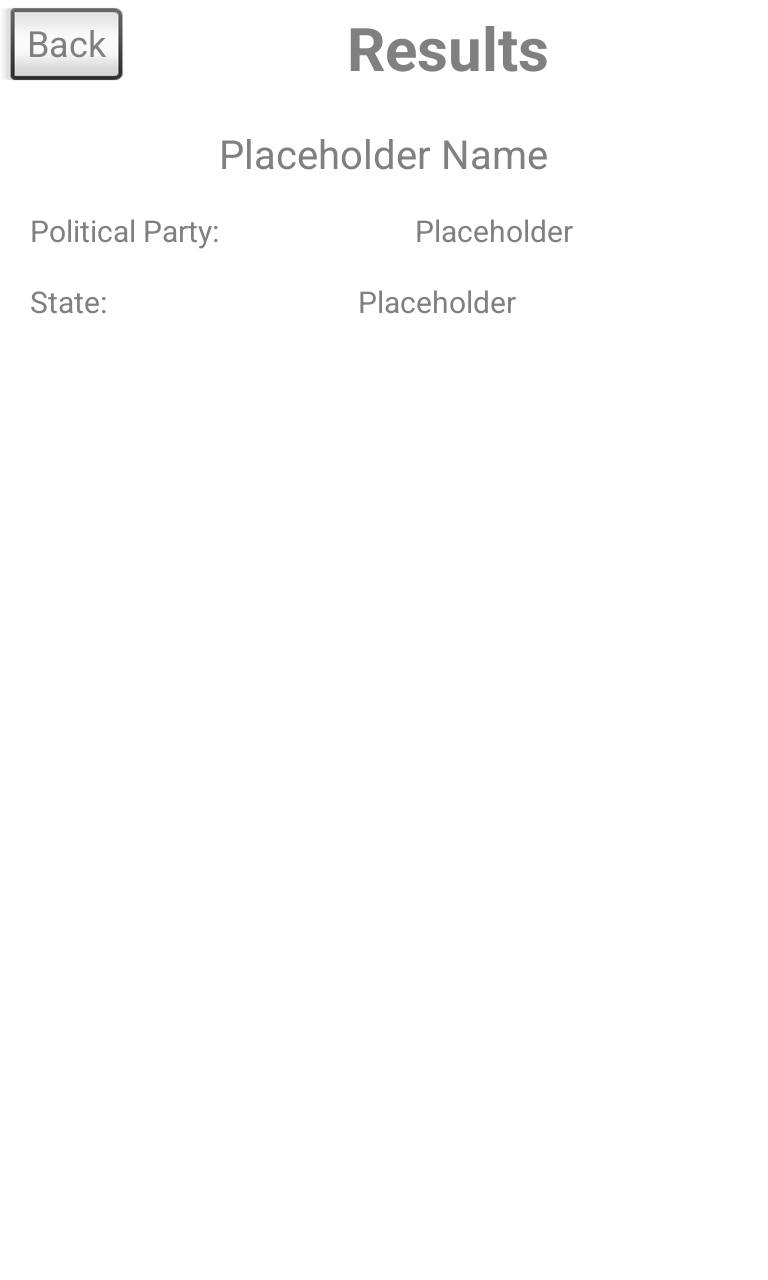
Repository: scottcaruso/Java_I_1307_Week4
Layout: myGov/res/layout/politician_display.xml
An editor plug-in stored every save of this project. The layout is shown before and after the next save, followed by the edit.
It is drawn on a 768 x 1280 px phone screen (xhdpi) without system bars, with theme AppTheme; the app's code is not run.

Above is the layout before, as saved 2013-08-01 21:12:06.

### myGov/res/layout/politician_display.xml
<?xml version="1.0" encoding="utf-8"?>
<LinearLayout xmlns:android="http://schemas.android.com/apk/res/android"
    android:layout_width="match_parent"
    android:layout_height="match_parent"
    android:orientation="vertical" >


    <LinearLayout
        android:layout_width="match_parent"
        android:layout_height="wrap_content"
        android:orientation="horizontal">
	    <Button
	        android:id="@+id/back"
	        style="@android:style/Widget.Holo.Button.Inset"
	        android:layout_width="wrap_content"
	        android:layout_height="wrap_content"
	        android:hint="@string/back" />

	    <TextView
	        android:id="@+id/foundpoliticians"
	        android:layout_width="match_parent"
	        android:layout_height="wrap_content"
	        android:layout_gravity="center"
	        android:gravity="center"
	        android:hint="@string/results"
	        android:textStyle="bold"
	        android:textSize="30sp" />

    </LinearLayout>

        <TextView
            android:id="@+id/politicianName"
            android:layout_width="wrap_content"
            android:layout_height="wrap_content"
            android:layout_gravity="center_horizontal"
            android:layout_marginTop="15dp"
            android:gravity="center"
            android:hint="@string/politician_name"
            android:textSize="20sp" />

     <LinearLayout
         android:id="@+id/partyLayout"
         android:layout_width="match_parent"
         android:layout_height="wrap_content"
         android:layout_marginTop="15dp"
         android:orientation="horizontal" >

         <TextView
             android:id="@+id/partylabel"
             android:layout_width="wrap_content"
             android:layout_height="wrap_content"
             android:layout_marginLeft="15dp"
             android:hint="@string/political_party_"
             android:textSize="15sp" />

         <TextView
             android:id="@+id/partytext"
             android:layout_width="match_parent"
             android:layout_height="wrap_content"
             android:layout_gravity="center"
	         android:gravity="center"
             android:hint="@string/placeholder"
             android:textSize="15sp" />
     </LinearLayout>

     <LinearLayout
         android:id="@+id/stateLayout"
         android:layout_width="match_parent"
         android:layout_height="wrap_content"
         android:layout_marginTop="15dp"
         android:orientation="horizontal" >

         <TextView
             android:id="@+id/statelabel"
             android:layout_width="wrap_content"
             android:layout_height="wrap_content"
             android:layout_marginLeft="15dp"
             android:hint="State:"
             android:textSize="15sp" />

         <TextView
             android:id="@+id/partytext"
             android:layout_width="match_parent"
             android:layout_height="wrap_content"
             android:layout_gravity="center"
	         android:gravity="center"
             android:hint="@string/placeholder"
             android:textSize="15sp" />
     </LinearLayout>

final TextView polLabel = UIElementCreator.createLabel(currentMainContext, "Politician Name: ");
				final TextView polPartyLabel = UIElementCreator.createLabel(currentMainContext, "Party Affiliaition: ");
				final TextView polStateLabel = UIElementCreator.createLabel(currentMainContext, "From State: ");
				final TextView polTermLabel = UIElementCreator.createLabel(currentMainContext, "Term Started: ");
				final TextView polTwitterLabel = UIElementCreator.createLabel(currentMainContext, "Twitter Handle: ");
				final TextView polWebsiteLabel = UIElementCreator.createLabel(currentMainContext, "Website Address: ");

				final TextView polName = UIElementCreator.createLabel(currentMainContext,thisPol.getString("Name"));
				final TextView polParty = UIElementCreator.createLabel(currentMainContext, thisPol.getString("Party"));
				final TextView polState = UIElementCreator.createLabel(currentMainContext, thisPol.getString("State"));
				final TextView polTerm = UIElementCreator.createLabel(currentMainContext, thisPol.getString("Term Start"));
				final TextView polTwitter = UIElementCreator.createLabel(currentMainContext, thisPol.getString("Twitter"));
				final TextView polWebsite = UIElementCreator.createLabel(currentMainContext, thisPol.getString("Website"));

</LinearLayout>

### myGov/res/values/strings.xml
<?xml version="1.0" encoding="utf-8"?>
<resources>

    <string name="app_name">myGov</string>
    <string name="action_settings">Settings</string>
    <string name="hello_world">Hello world!</string>
    <string name="enter_zip">Enter Zip</string>
    <string name="search_now">Search Now</string>
    <string name="view_saved_politicians">View Saved Politicians</string>
    <string name="back">Back</string>
    <string name="results">Results</string>
    <string name="politician_name">Placeholder Name</string>
    <string name="political_party_">Political Party:</string>
    <string name="placeholder">Placeholder</string>

</resources>

Loaded but not shown: myGov/res/values/styles.xml (common file); myGov/res/values-v11/styles.xml (common file); myGov/res/values-v14/styles.xml (common file)

After the next save:
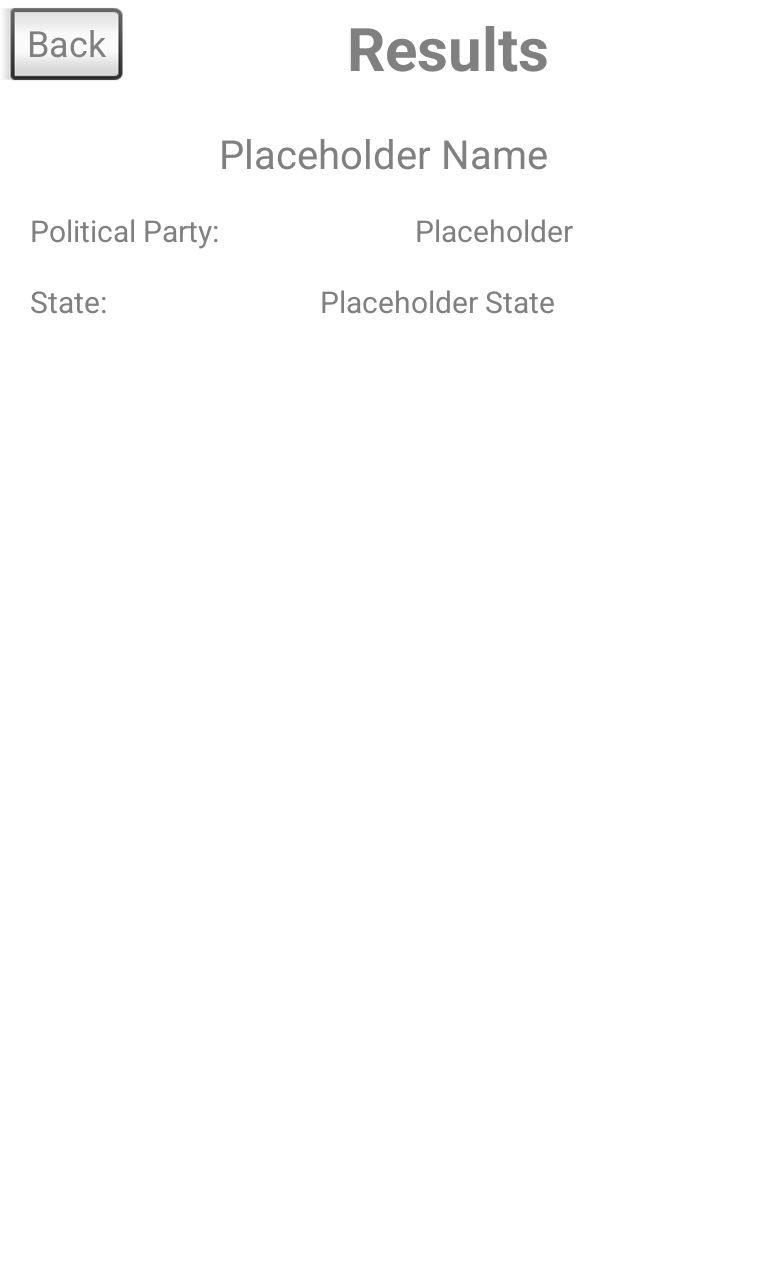
Saved 9 s later.
--- a/myGov/res/layout/politician_display.xml
+++ b/myGov/res/layout/politician_display.xml
@@ -84,7 +84,7 @@
              android:layout_height="wrap_content"
              android:layout_gravity="center"
 	         android:gravity="center"
-             android:hint="@string/placeholder"
+             android:hint="Placeholder State"
              android:textSize="15sp" />
      </LinearLayout>
 
